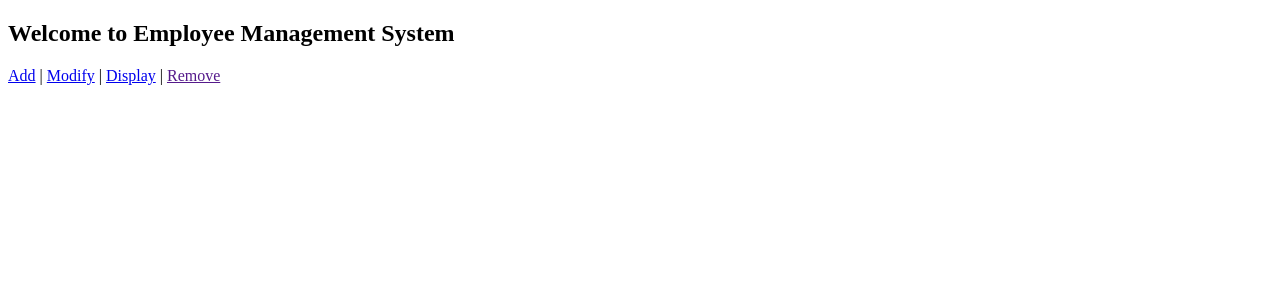
Repository: aamir5773/Spring
Page: http://localhost/SpringMvcEmployeeManagement-1WithJdbc/
The author's editor kept a copy of each file at every save. The page is drawn from the files as they stood at one save, then again after the next save.
The browser window is 1280 px wide. The pictures show the whole page.
The page is served by Tomcat 9.

Above is the page before, as saved 2019-11-14 11:01:29.

After the next save:
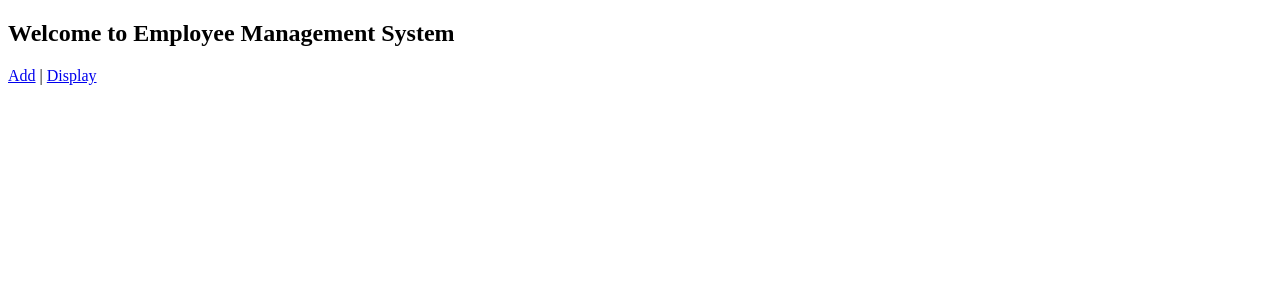
Saved 58 s later.
--- a/SpringMvcEmployeeManagement-1WithJdbc/WebContent/WEB-INF/pages/Home.jsp
+++ b/SpringMvcEmployeeManagement-1WithJdbc/WebContent/WEB-INF/pages/Home.jsp
@@ -8,7 +8,7 @@
 </head>
 <body>
 	<h2>Welcome to Employee Management System</h2>
-	<a href="addEmployeePage">Add</a> | <a href="modifyEmployeePage">Modify</a> | <a href="viewEmployee.do">Display</a> | <a href="">Remove</a>
+	<a href="addEmployeePage">Add</a> | <a href="viewEmployee.do">Display</a>
 
 </body>
 </html>
